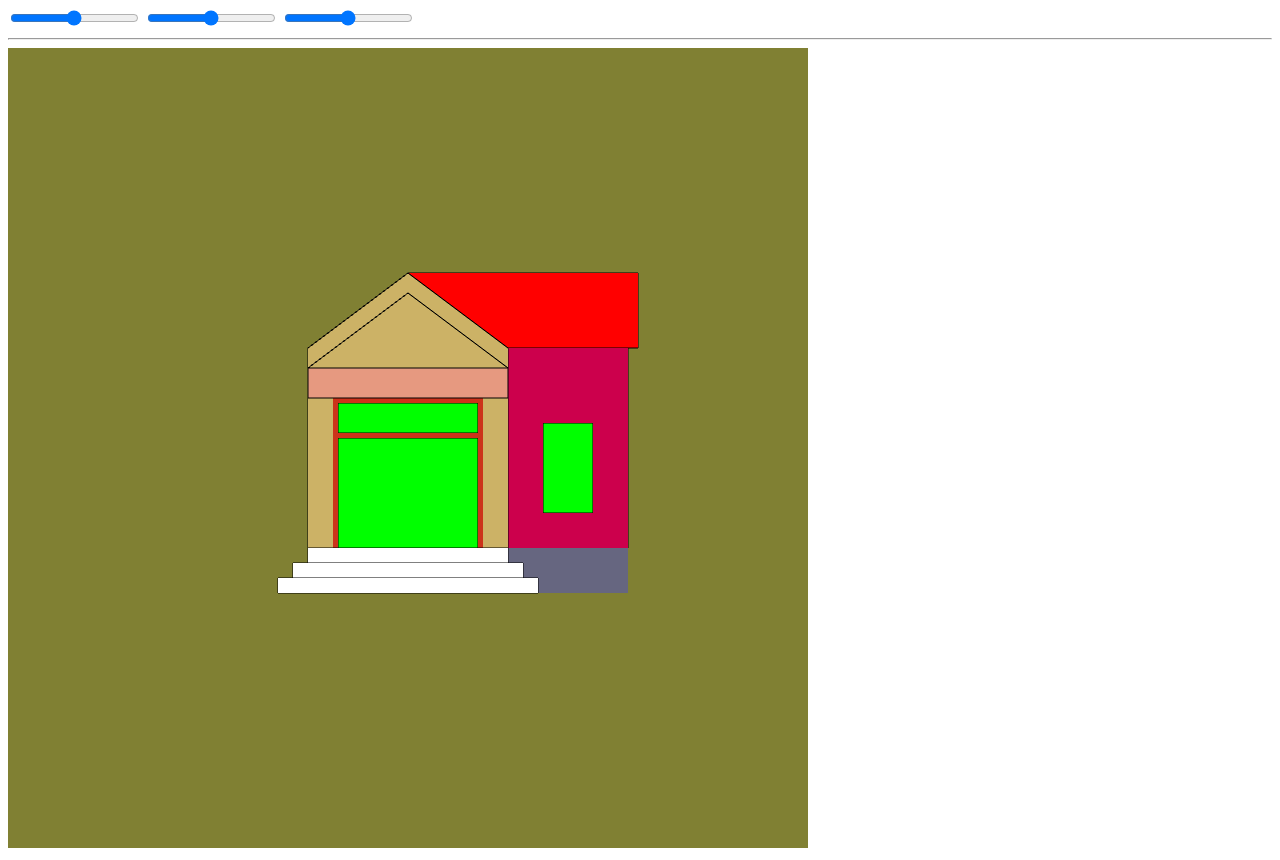
Repository: JoinGame-A36664/Build-House-WebGL
Page: index.html
An editor plug-in stored every save of this project. The page is shown before and after the next save, followed by the edit.
The browser window is 1280 px wide. The pictures show the whole page.

Above is the page before, as saved 2021-10-24 23:48:45.
Console error: ReferenceError: program is not defined

After the next save:
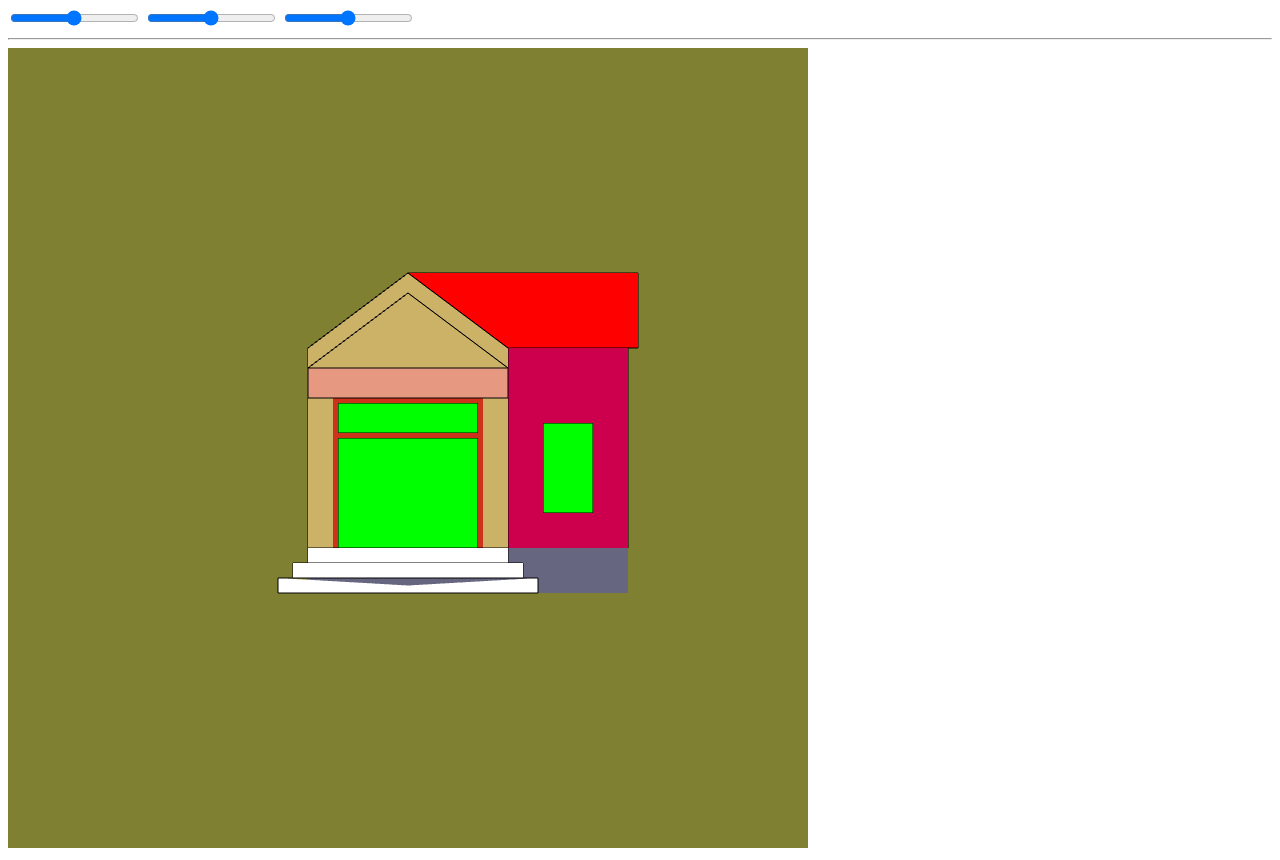
Saved 4 s later.
--- a/Bietthu1.js
+++ b/Bietthu1.js
@@ -244,7 +244,7 @@ function buildHouse(program, vertices, vertexColors) // Truyền vào những g
                     wall(program, vertices[82], vertices[78], vertices[77], vertices[81], vertexColors[7]);
                     wall(program, vertices[83], vertices[84], vertices[85], vertices[86], vertexColors[0]);
                     wall(program, vertices[83], vertices[84], vertices[87], vertices[88], vertexColors[7]);
-                    wall(program, vertices[85], vertices[84], vertices[87], vertices[90], vertexColors[7]);
+                    // wall(program, vertices[85], vertices[84], vertices[87], vertices[90], vertexColors[7]);
                     wall(program, vertices[85], vertices[86], vertices[89], vertices[90], vertexColors[7]);
                     wall(program, vertices[88], vertices[83], vertices[89], vertices[86], vertexColors[7]);
                     wall(program, vertices[80], vertices[76], vertices[77], vertices[81], vertexColors[7]);
